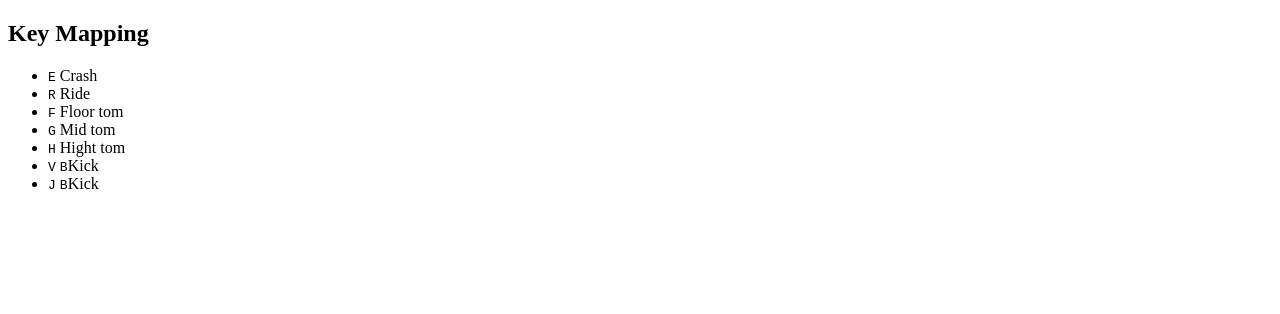
Repository: anhtran123-max/Project_FrontEnd_For_Beginner
Page: musicDrum/index.html
These files come from the project's save history. The page is drawn as it stood at one moment and after the next save; the edit follows.
The browser window is 1280 px wide. The pictures show the whole page.

Above is the page before, as saved 2022-01-21 08:08:51.

After the next save:
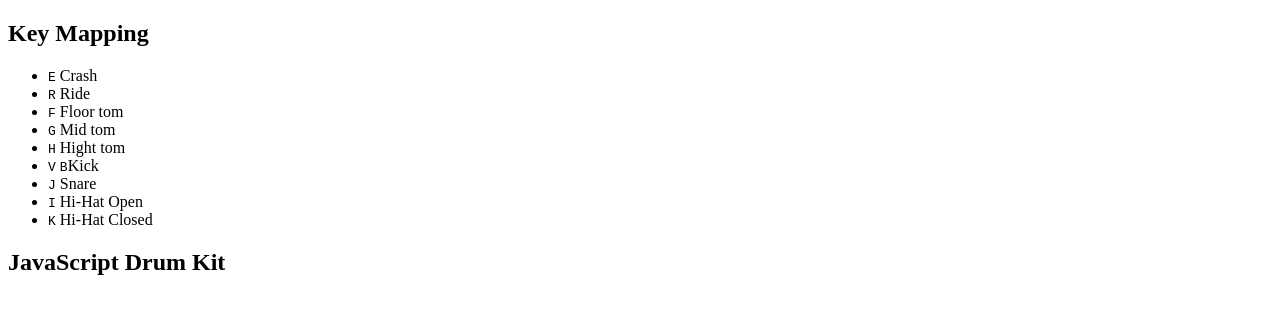
Saved 4 min 20 s later.
--- a/musicDrum/index.html
+++ b/musicDrum/index.html
@@ -1,38 +1,57 @@
 <!DOCTYPE html>
 <html lang="en">
-<head>
-    <meta charset="UTF-8">
-    <meta http-equiv="X-UA-Compatible" content="IE=edge">
-    <meta name="viewport" content="width=device-width, initial-scale=1.0">
+  <head>
+    <meta charset="UTF-8" />
+    <meta http-equiv="X-UA-Compatible" content="IE=edge" />
+    <meta name="viewport" content="width=device-width, initial-scale=1.0" />
     <title>Document</title>
-</head>
-<body>
+  </head>
+  <body>
     <main>
-        <section class="main-wrapper"> <div class="key-map-wrapper">
-            <h2> Key Mapping</h2> <ul class="key-map-list">
-                <li><kbd class="key-code">E</kbd>
-                    <span class="key-sound">Crash</span>
-                </li>
-                <li><kbd class="key-code">R</kbd>
-                    <span class="key-sound">Ride</span>
-                </li>
-                <li><kbd class="key-code">F</kbd>
-                    <span class="key-sound">Floor tom</span>
-                </li>
-                <li><kbd class="key-code">G</kbd>
-                    <span class="key-sound">Mid tom</span>
-                </li>
-                <li><kbd class="key-code">H</kbd>
-                    <span class="key-sound">Hight tom</span>
-                </li>
-                <li><kbd class="key-code">V</kbd>
-                    <kbd class="key-code">B</kbd><span class="key-sound">Kick</span>
-                </li>
-                <li><kbd class="key-code">J</kbd>
-                    <kbd class="key-code">B</kbd><span class="key-sound">Kick</span>
-                </li>
-            </ul>
-        </section>
+      <section class="main-wrapper">
+        <div class="key-map-wrapper">
+          <h2>Key Mapping</h2>
+          <ul class="key-map-list">
+            <li>
+              <kbd class="key-code">E</kbd>
+              <span class="key-sound">Crash</span>
+            </li>
+            <li>
+              <kbd class="key-code">R</kbd>
+              <span class="key-sound">Ride</span>
+            </li>
+            <li>
+              <kbd class="key-code">F</kbd>
+              <span class="key-sound">Floor tom</span>
+            </li>
+            <li>
+              <kbd class="key-code">G</kbd>
+              <span class="key-sound">Mid tom</span>
+            </li>
+            <li>
+              <kbd class="key-code">H</kbd>
+              <span class="key-sound">Hight tom</span>
+            </li>
+            <li>
+              <kbd class="key-code">V</kbd> <kbd class="key-code">B</kbd
+              ><span class="key-sound">Kick</span>
+            </li>
+            <li>
+              <kbd class="key-code">J</kbd>
+              <span class="key-sound">Snare</span>
+            </li>
+            <li>
+              <kbd class="key-code">I</kbd>
+              <span class="key-sound">Hi-Hat Open</span>
+            </li>
+            <li>
+              <kbd class="key-code">K</kbd>
+              <span class="key-sound">Hi-Hat Closed</span>
+            </li>
+          </ul>
+        </div>
+        <h1 class="main-title">JavaScript Drum Kit</h1>
+      </section>
     </main>
-</body>
+  </body>
 </html>
